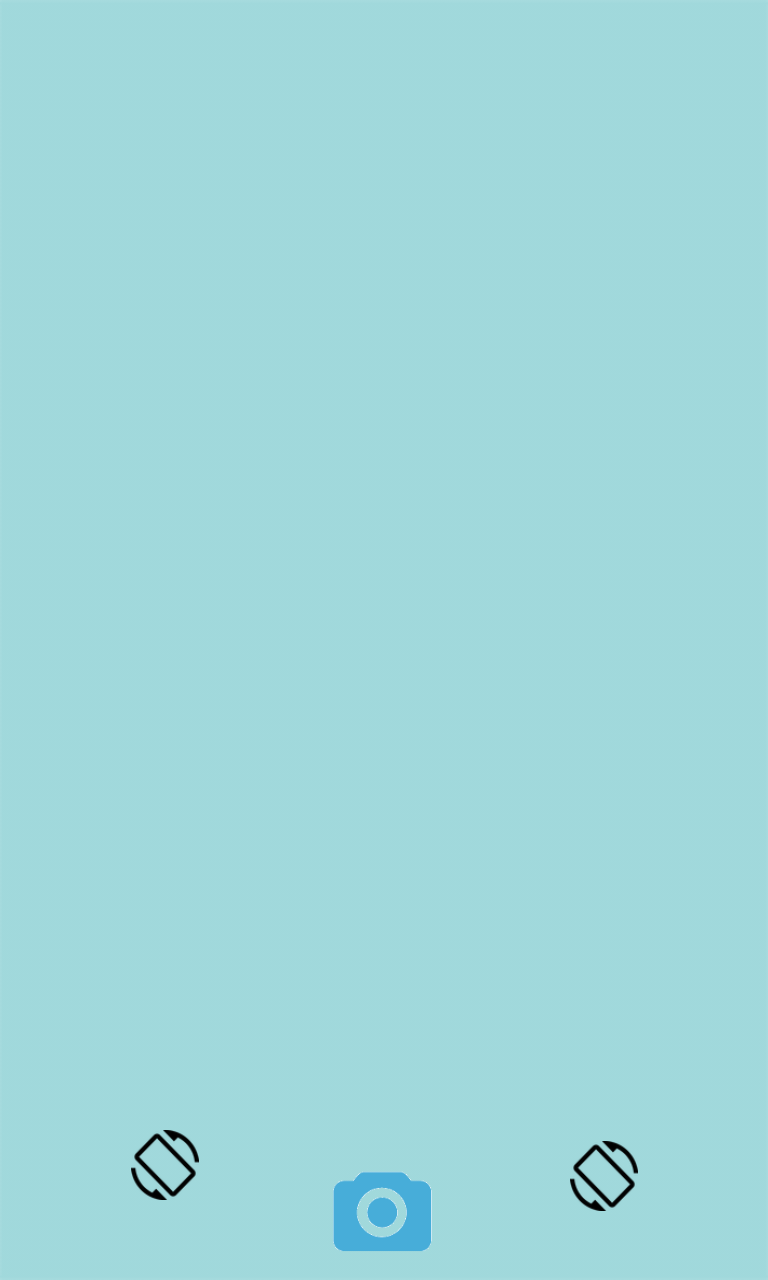
Repository: jucasoliveira/crazycameraapp
Layout: CrazyCameraCp/res/layout/activity_main.xml
These files come from the project's save history. The layout is drawn as it stood at one moment and after the next save; the edit follows.
It is drawn on a 768 x 1280 px phone screen (xhdpi) without system bars, with theme AppTheme; the app's code is not run.

Above is the layout before, as saved 2015-04-16 23:33:45.

### CrazyCameraCp/res/layout/activity_main.xml
<?xml version="1.0" encoding="utf-8"?>
<LinearLayout xmlns:android="http://schemas.android.com/apk/res/android"
    android:orientation="vertical"
    android:layout_width="fill_parent"
    android:layout_height="fill_parent"
    android:background="@drawable/bluetint"
    >
  <FrameLayout
    android:id="@+id/camera_preview"
    android:layout_width="fill_parent"
    android:layout_height="fill_parent"
    android:layout_weight="1"
    />

  <Button
      android:id="@+id/button_capture"
      android:layout_width="77dp"
      android:layout_height="58dp"
      android:layout_gravity="center"
      android:layout_marginLeft="0dp"
      android:layout_marginTop="10dp"
      android:background="@drawable/iconcamera" />

   <Button
       android:id="@+id/button_rotate"
       android:layout_width="34dp"
       android:layout_height="35dp"
       android:layout_gravity="center"
       android:layout_marginLeft="-110dp"
       android:layout_marginTop="-70dp"
       android:background="@drawable/icon_rotate" />
      <Button
       android:id="@+id/button_flash"
       android:layout_width="34dp"
       android:layout_height="35dp"
       android:layout_gravity="center"
       android:layout_marginLeft="110dp"
       android:layout_marginTop="-30dp"
       android:background="@drawable/icon_rotate" />

</LinearLayout>

Loaded but not shown: CrazyCameraCp/res/values/styles.xml (common file); CrazyCameraCp/res/values-v11/styles.xml (common file); CrazyCameraCp/res/values-v14/styles.xml (common file)

After the next save:
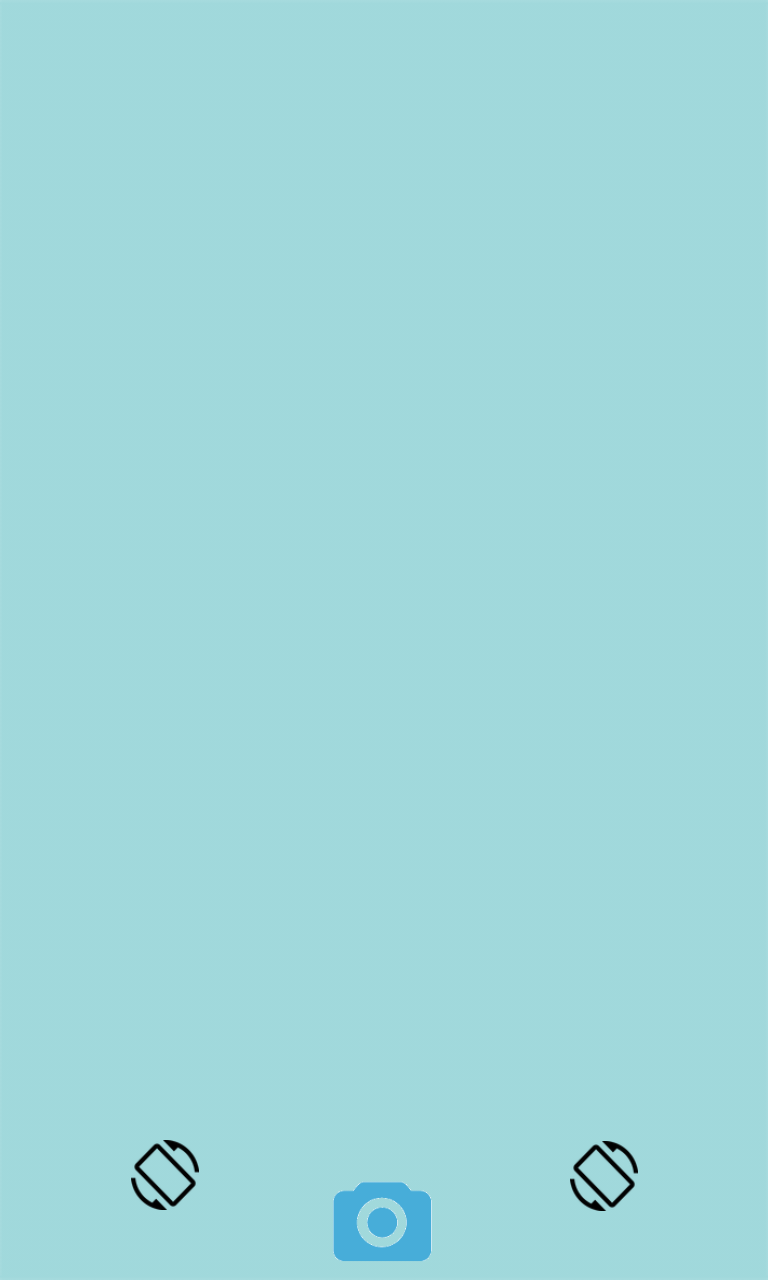
Saved 10 s later.
--- a/CrazyCameraCp/res/layout/activity_main.xml
+++ b/CrazyCameraCp/res/layout/activity_main.xml
@@ -35,7 +35,7 @@
        android:layout_height="35dp"
        android:layout_gravity="center"
        android:layout_marginLeft="110dp"
-       android:layout_marginTop="-30dp"
+       android:layout_marginTop="-35dp"
        android:background="@drawable/icon_rotate" />
 
 </LinearLayout>
